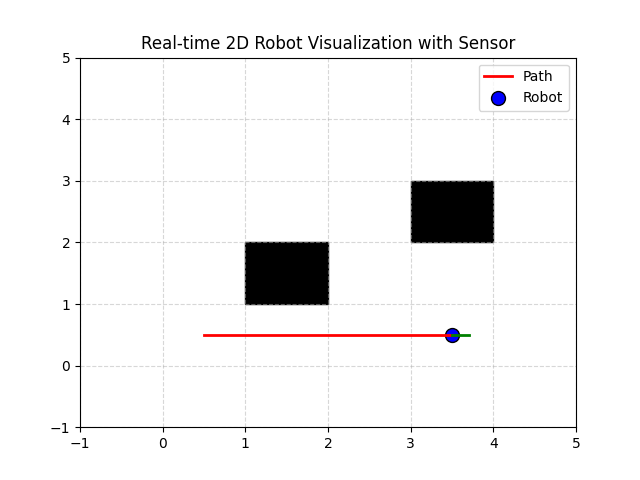
Repository: JLCucumber/comp0244-go2
Script's output: python src/cw1_team_2/2D_environment/main.py
The author's editor kept a copy of each file at every save. The script's output is drawn from the files as they stood at one save, then again after the next save.
Animations are shown at an early frame. Random numbers start from a fixed seed.

Above is the script's output before, as saved 2025-02-16 02:22:52.

After the next save:
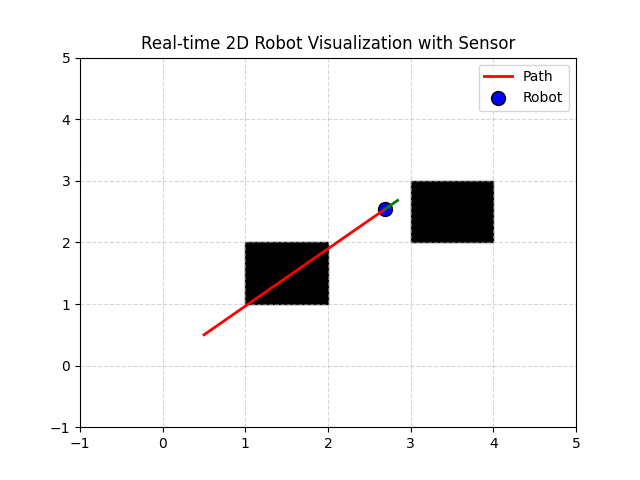
Saved 35 s later.
--- a/src/cw1_team_2/2D_environment/main.py
+++ b/src/cw1_team_2/2D_environment/main.py
@@ -7,7 +7,7 @@ from visualization import plot_environment
 
 if __name__ == "__main__":
     env = Environment()  # 生成 2D 地图
-    robot = Robot(env, start_pos=(0.5, 0.5), start_angle=0, sensor_range=0.2)  # 创建机器人
+    robot = Robot(env, start_pos=(0.5, 0.5), start_angle=0.75, sensor_range=0.2)  # 创建机器人
 
     plt.ion()  # 开启 Matplotlib 交互模式
 
